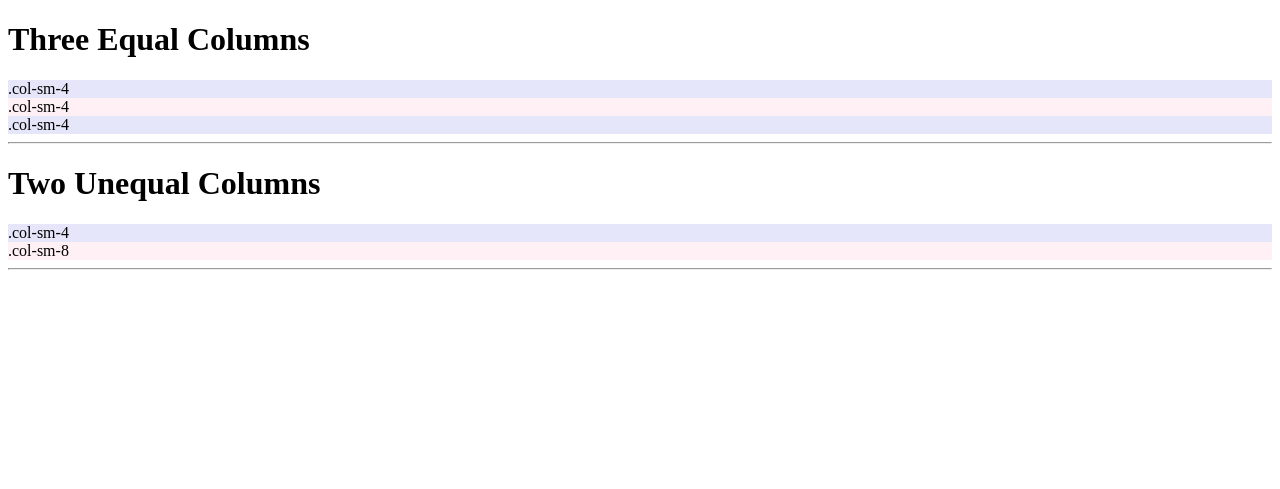
Repository: Sonalitanika/Assigment_IT17048842
Page: Lab09/WebContent/index.html
An editor plug-in stored every save of this project. The page is shown before and after the next save, followed by the edit.
The browser window is 1280 px wide. The pictures show the whole page.

Above is the page before, as saved 2019-05-25 14:01:58.

### Lab09/WebContent/index.html
<!DOCTYPE html>
<html>
<head>
<meta charset="utf-8">
<title>Insert title here</title>
</head>
<body>
<h1>Three Equal Columns </h1>
 <div class="row">
 <div class="col-sm-4" style="background-color:lavender;">.col-sm-4</div>
 <div class="col-sm-4" style="background-color:lavenderblush;">.col-sm-4</div>
 <div class="col-sm-4" style="background-color:lavender;">.col-sm-4</div>
 </div>
<hr>

 <h1>Two Unequal Columns </h1>
 <div class="row">
 <div class="col-sm-4" style="background-color:lavender;">.col-sm-4</div>
 <div class="col-sm-8" style="background-color:lavenderblush;">.col-sm-8</div>
 </div>
 <hr>
</body>
</html>

After the next save:
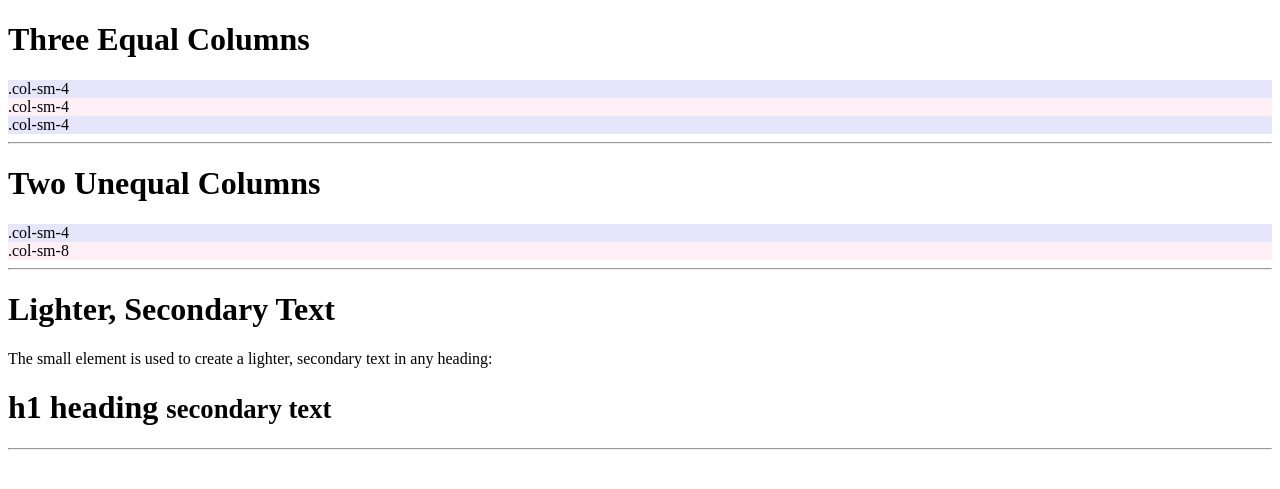
Saved 102 s later.
--- a/Lab09/WebContent/index.html
+++ b/Lab09/WebContent/index.html
@@ -19,5 +19,11 @@
  <div class="col-sm-8" style="background-color:lavenderblush;">.col-sm-8</div>
  </div>
  <hr>
+ <div class="row">
+<h1>Lighter, Secondary Text</h1>
+ <p>The small element is used to create a lighter,
+secondary text in any heading:</p>
+ <h1>h1 heading <small>secondary
+text</small></h1> </div> <hr>
 </body>
 </html>
